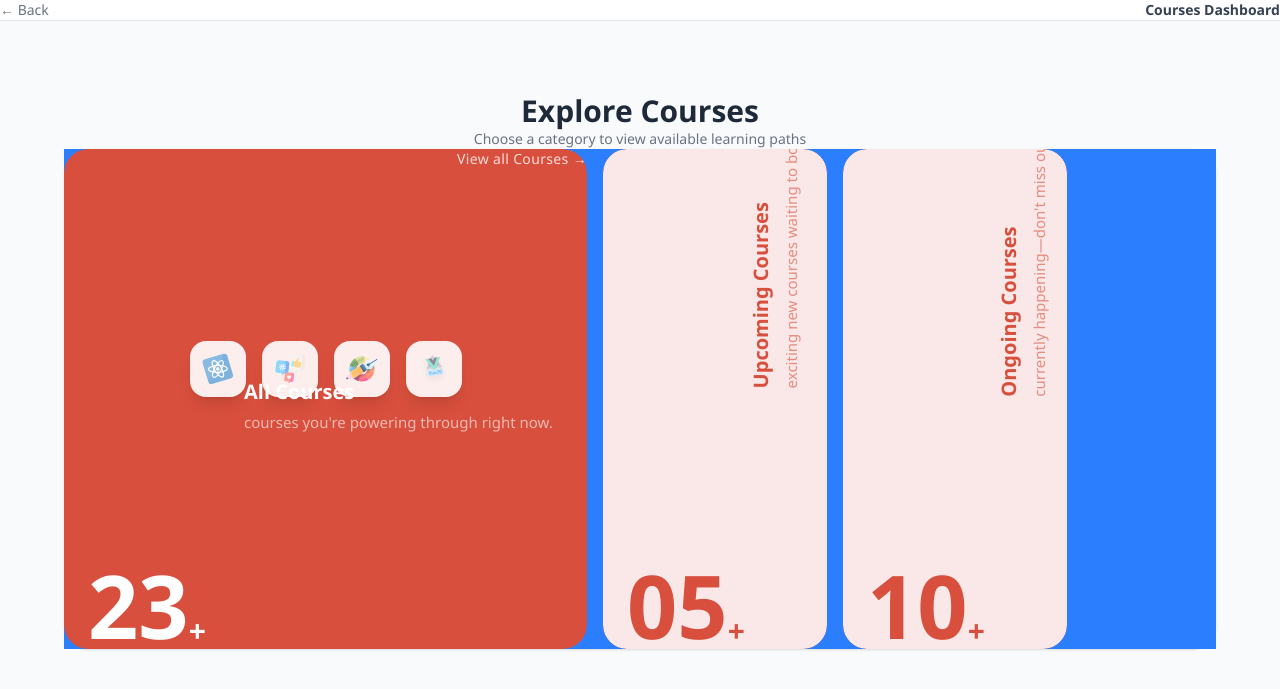
Repository: RahulRajKhadka/nextjs-dashboard-app
Page: /task2
These files come from the project's save history. The page is drawn as it stood at one moment and after a run of saves; the edit follows.
The browser window is 1280 px wide. The pictures show the whole page.
The project was rebuilt for these pictures with package versions that can differ from the ones it lists, and the page was loaded fresh each time. The framework's server and built-in components were replaced by stand-ins that run in the browser. Also part of the build but not shown: next.config.ts.

Above is the page before, as saved 2026-04-10 14:26:41.

### src/app/layout.tsx
import type { Metadata } from "next";
import "./globals.css";

export const metadata: Metadata = {
  title: "SkillShikshya Tasks",
  description: "Frontend & Logical Tasks",
};

export default function RootLayout({
  children,
}: {
  children: React.ReactNode;
}) {
  return (
    <html lang="en">
      <body>{children}</body>
    </html>
  );
}

### src/app/task2/page.tsx
"use client";
import dynamic from "next/dynamic";
import Link from "next/link";

const CourseCards = dynamic(() => import("@/components/task2/CourseCards"), {
  loading: () => (
    <div className="flex items-center justify-center h-[300px] text-gray-400 text-sm">
      Loading courses...
    </div>
  ),
  ssr: false,
});

export default function Task2Page() {
  return (
    <main className="min-h-screen bg-gray-50 flex flex-col">

      {/* Top Bar */}
      <div className="flex items-center justify-between px-6 md:px-10 py-4 border-b border-gray-200 bg-white">
        <Link
          href="/"
          className="text-sm text-gray-500 hover:text-gray-900 transition-colors"
        >
          ← Back
        </Link>

        <span className="text-sm font-semibold text-gray-700">
          Courses Dashboard
        </span>
      </div>

      {/* Centered Content */}
      <div className="flex-1 flex items-center justify-center px-4 py-10">

        <div className="w-full max-w-6xl">

          {/* Heading */}
          <div className="mb-8 text-center mt-10">
            <h1 className="text-3xl font-bold text-gray-800">
              Explore Courses
            </h1>
            <p className="text-gray-500 text-sm mt-2">
              Choose a category to view available learning paths
            </p>
          </div>

          {/* Cards */}
          <div className="bg-white rounded-3xl shadow-sm p-4 md:p-6">
            <CourseCards />
          </div>

        </div>

      </div>
    </main>
  );
}

### src/app/globals.css
@import "tailwindcss";

* {
  margin: 0;
  padding: 0;
  box-sizing: border-box;
}

html {
  scroll-behavior: smooth;
}

body {
  font-family: "Segoe UI", sans-serif;
  background-color: #f5f5f5;
}

.vertical-text {
  writing-mode: vertical-rl;
  transform: rotate(180deg);
}

### src/components/task2/CourseCards.tsx
"use client";

import { useState, useRef, useLayoutEffect } from "react";
import CourseCard from "./CourseCard";
import { courseCardsData } from "./courseCardsData";
import gsap from "gsap";

export default function CourseCards() {
  const [expandedId, setExpandedId] = useState<number>(1);
  const [directionMap, setDirectionMap] = useState<Map<number, "left" | "right">>(new Map());

  const cardRefs = useRef<(HTMLDivElement | null)[]>([]);
  const labelRefs = useRef<(HTMLDivElement | null)[]>([]); // Store label refs
  const numberRefs = useRef<(HTMLDivElement | null)[]>([]); // Store number refs
  const containerRef = useRef<HTMLDivElement>(null);
  const expandedWidth = useRef(0);
  const collapsedWidth = useRef(0);
  const isAnimating = useRef(false);

  useLayoutEffect(() => {
    const container = containerRef.current;
    if (!container) return;

    const totalWidth = container.clientWidth;
    const gap = 16;
    const totalGap = gap * (courseCardsData.length - 1);
    const unit = (totalWidth - totalGap) / courseCardsData.length;

    expandedWidth.current = unit * 1.4;
    collapsedWidth.current = unit * 0.6;

    const initialDirectionMap = new Map<number, "left" | "right">();
    courseCardsData.forEach((course, index) => {
      const initialDirection = index === 0 ? "right" : "left";
      initialDirectionMap.set(course.id, initialDirection);
    });
    setDirectionMap(initialDirectionMap);

    cardRefs.current.forEach((el, i) => {
      if (el) {
        gsap.set(el, {
          width: courseCardsData[i].id === 1 ? expandedWidth.current : collapsedWidth.current,
        });
      }
    });
  }, []);

  const getDirectionForCard = (clickedId: number, currentExpandedId: number): "left" | "right" => {
    const clickedIndex = courseCardsData.findIndex((c) => c.id === clickedId);
    const expandedIndex = courseCardsData.findIndex((c) => c.id === currentExpandedId);

    if (clickedIndex === 0) return "right";
    if (clickedIndex === courseCardsData.length - 1) return "left";

    if (clickedIndex < expandedIndex) return "right";
    return "left";
  };

  const handleCardClick = (courseId: number) => {
    if (courseId === expandedId || isAnimating.current) return;

    const newDirection = getDirectionForCard(courseId, expandedId);
    const prevIndex = courseCardsData.findIndex((c) => c.id === expandedId);
    const newIndex = courseCardsData.findIndex((c) => c.id === courseId);

    isAnimating.current = true;

    const tl = gsap.timeline({
      onComplete: () => {
        isAnimating.current = false;
      },
    });

    setDirectionMap(prev => {
      const newMap = new Map(prev);
      newMap.set(courseId, newDirection);
      return newMap;
    });

    // Get label and number elements for animation
    const oldLabel = labelRefs.current[prevIndex];
    const newLabel = labelRefs.current[newIndex];
    const oldNumber = numberRefs.current[prevIndex];
    const newNumber = numberRefs.current[newIndex];
    const courseData = courseCardsData[newIndex];

    // Animate old card collapse
    tl.to(cardRefs.current[prevIndex], {
      width: collapsedWidth.current,
      duration: 0.5,
      ease: "power3.inOut",
    }, 0);

    // Animate old label back to collapsed state
    if (oldLabel) {
      tl.to(oldLabel, {
        rotation: -90,
        x: 0,
        y: 0,
        color: courseData.textColor,
        duration: 0.5,
        ease: "power2.inOut",
      }, 0);
    }

    // Animate old number color
    if (oldNumber) {
      tl.to(oldNumber, {
        color: courseData.textColor,
        duration: 0.3,
      }, 0);
    }

    // Update expanded ID mid-timeline
    tl.call(() => {
      setExpandedId(courseId);
    }, null, 0.25);

    // Animate new card expansion
    tl.to(cardRefs.current[newIndex], {
      width: expandedWidth.current,
      duration: 0.5,
      ease: "power3.inOut",
    }, 0.25);

    // Animate new label to expanded position
    if (newLabel && newNumber) {
      const labelRect = newLabel.getBoundingClientRect();
      const numberRect = newNumber.getBoundingClientRect();

      const targetX = numberRect.right + 16 - (labelRect.left + labelRect.width / 2);
      const targetY = numberRect.bottom - labelRect.height / 2 - labelRect.top - labelRect.height / 2;

      tl.fromTo(newLabel,
        {
          rotation: -90,
          x: 0,
          y: 0,
          color: courseData.textColor,
        },
        {
          rotation: 0,
          x: targetX,
          y: targetY,
          color: "#ffffff",
          duration: 0.5,
          ease: "back.out(0.3)",
        }, 0.25
      );
    }

    // Animate new number color
    if (newNumber) {
      tl.to(newNumber, {
        color: "#ffffff",
        duration: 0.3,
      }, 0.4);
    }
  };

  return (
    <div ref={containerRef} className="flex gap-4 w-full p-8 bg-blue-500 h-[500px]">
      {courseCardsData.map((course, i) => (
        <div
          key={course.id}
          ref={(el) => {
            cardRefs.current[i] = el;
          }}
          className="shrink-0 overflow-hidden rounded-3xl"
        >
          <CourseCard
            course={course}
            isExpanded={expandedId === course.id}
            direction={directionMap.get(course.id) || (i === 0 ? "right" : "left")}
            isLeftmost={i === 0}
            onClick={() => handleCardClick(course.id)}
            labelRef={(el) => { labelRefs.current[i] = el; }}
            numberRef={(el) => { numberRefs.current[i] = el; }}
          />
        </div>
      ))}
    </div>
  );
}

### src/components/task2/CourseCard.tsx
"use client";

import Image from "next/image";
import { useRef, useLayoutEffect } from "react";
import { CourseCard as CourseCardType } from "@/types";
import gsap from "gsap";

interface Props {
  course: CourseCardType;
  isExpanded: boolean;
  onClick: () => void;
  direction: "left" | "right";
  isLeftmost?: boolean;
}

export default function CourseCard({
  course,
  isExpanded,
  onClick,
  direction,
  isLeftmost = false,
}: Props) {
  const numberRef = useRef<HTMLDivElement>(null);
  const collapsedLabelRef = useRef<HTMLDivElement>(null);
  const iconsRef = useRef<(HTMLSpanElement | null)[]>([]);
  const topbarRef = useRef<HTMLDivElement>(null);
  const expandedViewRef = useRef<HTMLDivElement>(null);
  const circleRef = useRef<HTMLDivElement>(null);

  useLayoutEffect(() => {
    if (!numberRef.current || !collapsedLabelRef.current) return;

    if (isExpanded) {
      // Create a timeline for smooth coordination
      const tl = gsap.timeline();

      // Show expanded view
      gsap.set(expandedViewRef.current, { display: "grid" });

      // Measure label and number positions
      const labelRect = collapsedLabelRef.current.getBoundingClientRect();
      const numberRect = numberRef.current.getBoundingClientRect();

      // Calculate target position (beside number with 16px gap)
      const targetX = numberRect.right + 16 - (labelRect.left + labelRect.width / 2);
      const targetY = numberRect.bottom - labelRect.height / 2 - labelRect.top - labelRect.height / 2;

      // 1. Circle wipe animation
      tl.to(circleRef.current, {
        clipPath: "circle(0% at 0% 100%)",
        duration: 1,
        ease: "power3.inOut",
      }, 0);

      // 2. Label animation (rotate + move) - starts at same time
      tl.fromTo(collapsedLabelRef.current,
        {
          rotation: -90,
          x: 0,
          y: 0,
          color: course.textColor,
        },
        {
          rotation: 0,
          x: 180,
          y: 188,
          color: "#ffffff",
          duration: 0.8,
          ease: "back.out(0.3)",
        }, 0
      );

      // 3. Number color change
      tl.to(numberRef.current, {
        color: "#ffffff",
        duration: 0.4,
      }, 0.2);

      // 4. Top bar animation
      const topbarFromX = direction === "left" ? 60 : -60;
      tl.fromTo(topbarRef.current,
        { opacity: 0, y: -15, x: topbarFromX },
        {
          opacity: 1,
          y: 0,
          x: 0,
          duration: 0.5,
          ease: "power2.out",
        }, 0.3
      );

      // 5. Icons animation (staggered)
      const iconsFromX = direction === "left" ? 120 : -120;
      gsap.set(iconsRef.current, { x: iconsFromX, opacity: 0 });
      iconsRef.current.forEach((icon, i) => {
        tl.to(icon, {
          x: 0,
          opacity: 1,
          duration: 0.4,
          ease: "power2.out",
        }, 0.4 + i * 0.08);
      });

    } else {
      // COLLAPSE ANIMATIONS - Smooth reverse
      const tl = gsap.timeline();

      // 1. Circle expands back
      tl.to(circleRef.current, {
        clipPath: "circle(130% at 0% 80%)",
        duration: 0.8,
        ease: "power3.inOut",
      }, 0);

      // 2. Label returns to collapsed position
      tl.to(collapsedLabelRef.current, {
        rotation: -90,
        x: 0,
        y: 0,
        color: course.textColor,
        duration: 0.6,
        ease: "power2.inOut",
      }, 0);

      // 3. Number color returns
      tl.to(numberRef.current, {
        color: course.textColor,
        duration: 0.3,
      }, 0.1);

      // 4. Hide expanded view
      tl.set(expandedViewRef.current, {
        display: "none"
      }, 0.3);

      // 5. Reset icons and topbar
      tl.set(iconsRef.current, {
        clearProps: "x,opacity"
      }, 0.4);

      tl.set(topbarRef.current, {
        clearProps: "x,y,opacity"
      }, 0.4);
    }
  }, [isExpanded, direction, course.textColor]);

  return (
    <div
      onClick={onClick}
      className="relative rounded-3xl overflow-hidden cursor-pointer h-full w-full"
      style={{ backgroundColor: course.bgExpanded }}
    >
      {/* Background circle */}
      <div
        ref={circleRef}
        className="absolute inset-0 z-[1]"
        style={{
          backgroundColor: course.bg,
          clipPath: "circle(150% at 0% 100%)",
        }}
      />

      {/* NUMBER — always bottom-left */}
      <div className="absolute bottom-0 left-6 z-[3] flex items-end p-4 pointer-events-none">
        <div ref={numberRef} className="flex items-end" style={{ color: course.textColor }}>
          <span
            className="font-black leading-none"
            style={{
              fontSize: "clamp(3.5rem,7vw,5.5rem)",
              color: "inherit",
            }}
          >
            {String(course.count).padStart(2, "0")}
          </span>
          <span className="font-black text-3xl mb-2 ml-1" style={{ color: "inherit" }}>
            +
          </span>
        </div>
      </div>

      {/* SINGLE LABEL — starts centered, rotates and moves on expand */}
      <div className="absolute  top-10 z-[4]  flex items-center  pointer-events-none">
        <div
          ref={collapsedLabelRef}
          className="flex flex-col gap-1"
          style={{
            transform: "rotate(-90deg)",
            color: course.textColor,
          }}
        >
          <span className="font-bold text-[20px] whitespace-nowrap" style={{ color: "inherit" }}>
            {course.label}
          </span>
          <p className="text-[15px] opacity-60 whitespace-nowrap" style={{ color: "inherit" }}>
            {course.sublabel}
          </p>
        </div>
      </div>

      {/* EXPANDED VIEW — topbar + icons only */}
      <div
        ref={expandedViewRef}
        className="absolute inset-0 z-[2] p-5"
        style={{
          display: isExpanded ? "grid" : "none",
          gridTemplateRows: "auto 1fr auto",
        }}
      >
        {/* Row 1: topbar */}
        <div ref={topbarRef} className="flex justify-end mt-40 opacity-0">
          <span className="text-white/80 text-sm font-medium tracking-wide">
            View all Courses →
          </span>
        </div>

        {/* Row 2: icons */}
        <div className="flex gap-4 items-center justify-center">
          {course.icons?.map((iconPath, i) => (
            <span
              key={i}
              ref={(el) => (iconsRef.current[i] = el)}
              className="w-14 h-14 rounded-2xl bg-white/90 backdrop-blur-sm flex items-center justify-center shadow-lg"
            >
              <Image src={iconPath} alt="" width={32} height={32} className="opacity-80" />
            </span>
          ))}
        </div>

        {/* Row 3: empty spacer */}
        <div className="h-20" />
      </div>
    </div>
  );
}

### src/components/task2/courseCardsData.ts
import { CourseCard } from "@/types";

export const courseCardsData: CourseCard[] = [
  {
    id: 1,
    count: "23",
    label: "All Courses",
    sublabel: "courses you're powering through right now.",
    bg: "#F9E8E7",        // ← was "#D94F3D", should be light pink
    textColor: "#D94F3D",  // ← was "white", red for collapsed state
    bgExpanded: "#D94F3D",
    icons: ["/images/react.svg", "/images/likes.svg", "/images/design.svg", "/images/view.svg"],
  },
  {
    id: 2,
    count: "05",
    label: "Upcoming Courses",
    sublabel: "exciting new courses waiting to boost your skills.",
    bg: "#F9E8E7",
    textColor: "#D94F3D",
    bgExpanded: "#D94F3D",
    icons: ["/images/react.svg", "/images/likes.svg", "/images/design.svg", "/images/view.svg"],
  },
  {
    id: 3,
    count: "10",
    label: "Ongoing Courses",
    sublabel: "currently happening—don't miss out on the action!",
    bg: "#F9E8E7",
    textColor: "#D94F3D",
    bgExpanded: "#D94F3D",
    icons: ["/images/react.svg", "/images/likes.svg", "/images/design.svg", "/images/view.svg"],
  },
];

After the next 4 saves:
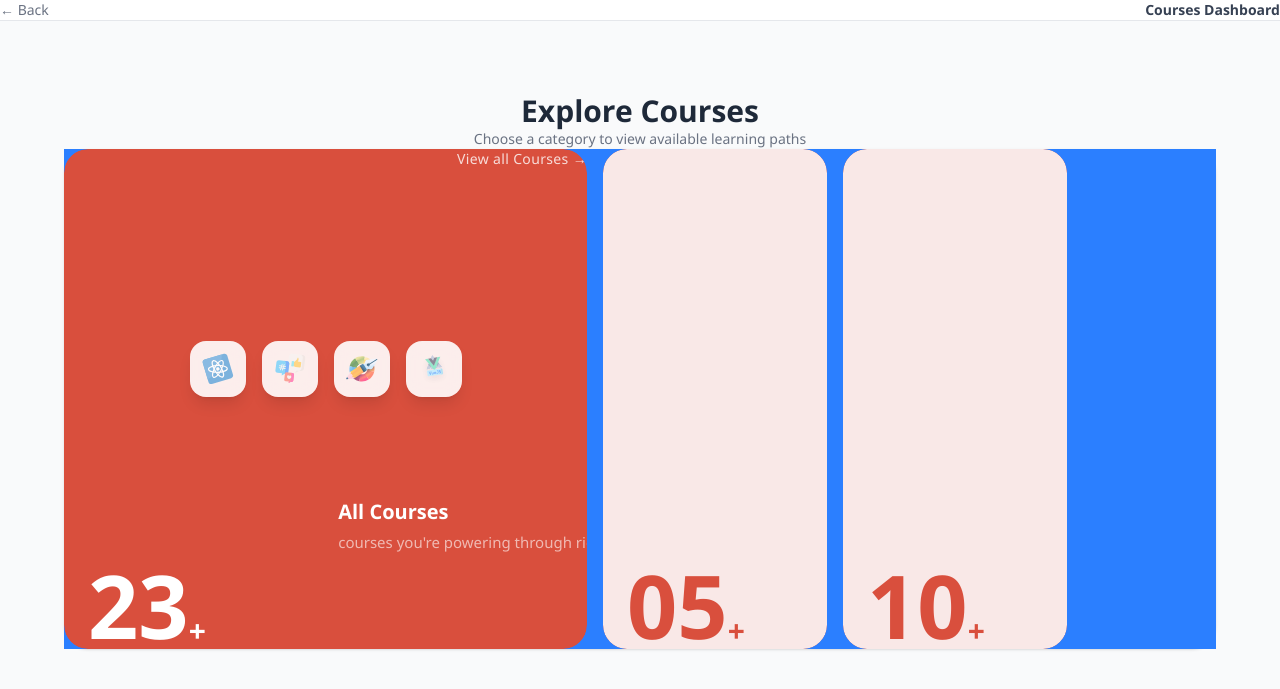
The 4 saves are shown as one change because they came seconds apart.
The last was saved 12 s later.
--- a/src/components/task2/CourseCard.tsx
+++ b/src/components/task2/CourseCard.tsx
@@ -179,7 +179,7 @@ export default function CourseCard({
       </div>
 
       {/* SINGLE LABEL — starts centered, rotates and moves on expand */}
-      <div className="absolute  top-10 z-[4]  flex items-center  pointer-events-none">
+      <div className="absolute  top-40 right-30 z-[4]  flex items-center  pointer-events-none">
         <div
           ref={collapsedLabelRef}
           className="flex flex-col gap-1"
